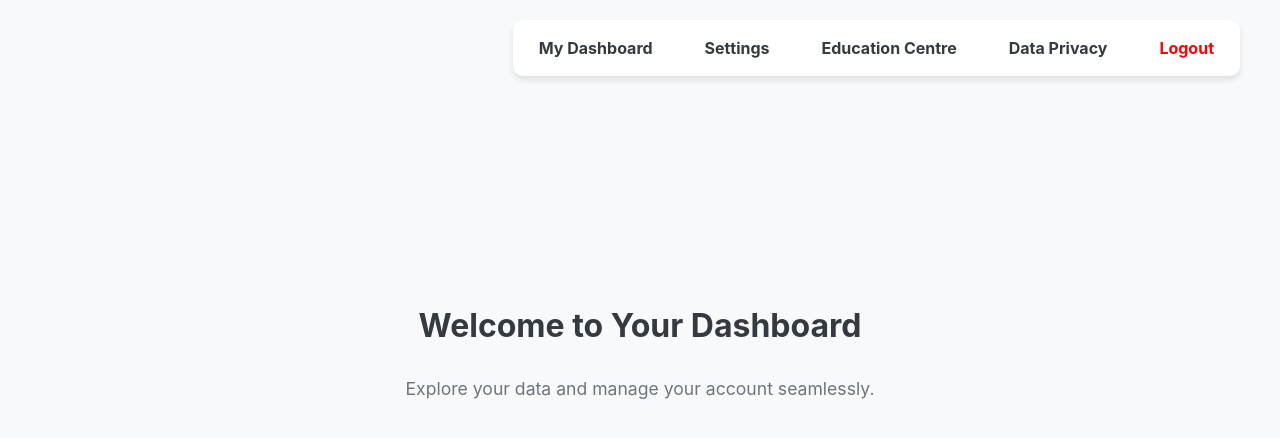
Repository: aab232/https---github.com-aab232-Deferred-Payment-Platform
Page: /main (app in frontend/)
These files come from the project's save history. The page is drawn as it stood at one moment and after the next save; the edit follows.
The browser window is 1280 px wide. The pictures show the whole page.
The page's requests for data from a server got no answer. The project was rebuilt for these pictures with package versions that can differ from the ones it lists, and the page was loaded fresh each time. No one was signed in, and anything a server would have sent is missing. Also part of the build but not shown: frontend/src/components/Home.js, frontend/src/components/Form.css, frontend/src/components/Register.js, frontend/src/components/Login.js, frontend/src/components/BackButton.css, frontend/src/components/BackButton.js, frontend/src/components/Settings.js.

Above is the page before, as saved 2025-03-26 01:22:26.

After the next save:
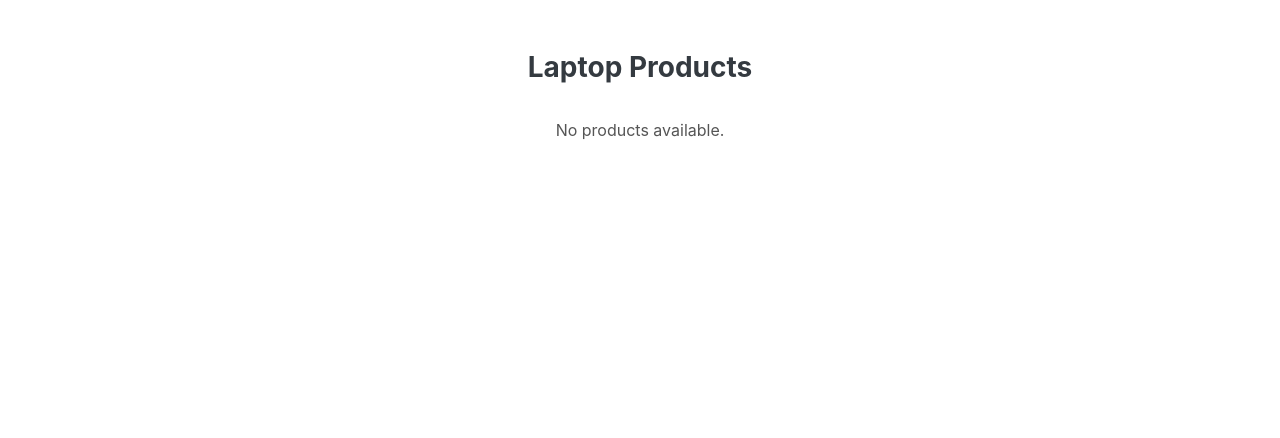
Saved 47 s later.
--- a/frontend/src/components/Main.js
+++ b/frontend/src/components/Main.js
@@ -1,54 +1,90 @@
-import React, { useState, useEffect } from 'react';
-import { useNavigate } from 'react-router-dom';
-import './Main.css';
+import React, { useEffect, useState } from 'react';
 import axios from 'axios';
 
 const Main = () => {
-  const [products, setProducts] = useState([]);
-  const navigate = useNavigate();
+    const [products, setProducts] = useState([]);
+    const [loading, setLoading] = useState(true);
 
-  const handleLogout = () => {
-    navigate('/login'); // Redirect to login page
-  };
+    // Fetch products when component mounts
+    useEffect(() => {
+        const fetchProducts = async () => {
+            try {
+                const response = await axios.get('http://localhost:5000/api/products');
+                if (response.data.success) {
+                    setProducts(response.data.products); // Assuming the API returns products in a 'products' key
+                } else {
+                    console.log('No products found.');
+                }
+            } catch (error) {
+                console.error('Error fetching products:', error);
+            } finally {
+                setLoading(false);
+            }
+        };
 
-  useEffect(() => {
-    const fetchProducts = async () => {
-      try {
-        const response = await axios.get('http://localhost:5000/api/products');
-        setProducts(response.data);
-      } catch (error) {
-        console.error('Error fetching products:', error);
-      }
-    };
+        fetchProducts();
+    }, []);
 
-    fetchProducts();
-  }, []);
+    return (
+        <div style={styles.container}>
+            <h1>Laptop Products</h1>
+            {loading ? (
+                <p>Loading products...</p>
+            ) : (
+                <div style={styles.productsContainer}>
+                    {products.length === 0 ? (
+                        <p>No products available.</p>
+                    ) : (
+                        <ul style={styles.productList}>
+                            {products.map((product, index) => (
+                                <li key={index} style={styles.productItem}>
+                                    <a
+                                        href={product.link}
+                                        target="_blank"
+                                        rel="noopener noreferrer"
+                                        style={styles.productLink}
+                                    >
+                                        <h3>{product.title}</h3>
+                                        <p>{product.price}</p>
+                                    </a>
+                                </li>
+                            ))}
+                        </ul>
+                    )}
+                </div>
+            )}
+        </div>
+    );
+};
 
-  return (
-    <div className="main-container">
-      <nav className="taskbar">
-        <span className="tab" onClick={() => navigate('/dashboard')}>My Dashboard</span>
-        <span className="tab" onClick={() => navigate('/settings')}>Settings</span>
-        <span className="tab" onClick={() => navigate('/education')}>Education Centre</span>
-        <span className="tab" onClick={() => navigate('/privacy')}>Data Privacy</span>
-        <span className="tab logout" onClick={handleLogout}>Logout</span>
-      </nav>
-
-      <h1>Welcome to Your Dashboard</h1>
-      <p>Explore your data and manage your account seamlessly.</p>
-
-      <div className="products-container">
-        {products.slice(0, 9).map((product, index) => (
-          <div key={index} className="product-card">
-            <img src={product.img} alt={product.name} />
-            <h3>{product.name}</h3>
-            <p>{product.price}</p>
-            <button>Add to Cart</button>
-          </div>
-        ))}
-      </div>
-    </div>
-  );
+// Inline styles to center the products in the middle of the page
+const styles = {
+    container: {
+        textAlign: 'center',
+        marginTop: '50px',
+    },
+    productsContainer: {
+        display: 'flex',
+        flexDirection: 'column',
+        alignItems: 'center',
+        justifyContent: 'center',
+    },
+    productList: {
+        listStyleType: 'none',
+        padding: '0',
+    },
+    productItem: {
+        marginBottom: '20px',
+        border: '1px solid #ddd',
+        borderRadius: '5px',
+        padding: '10px',
+        width: '80%',
+        maxWidth: '500px',
+    },
+    productLink: {
+        textDecoration: 'none',
+        color: '#333',
+    },
 };
 
 export default Main;

After the save that followed:
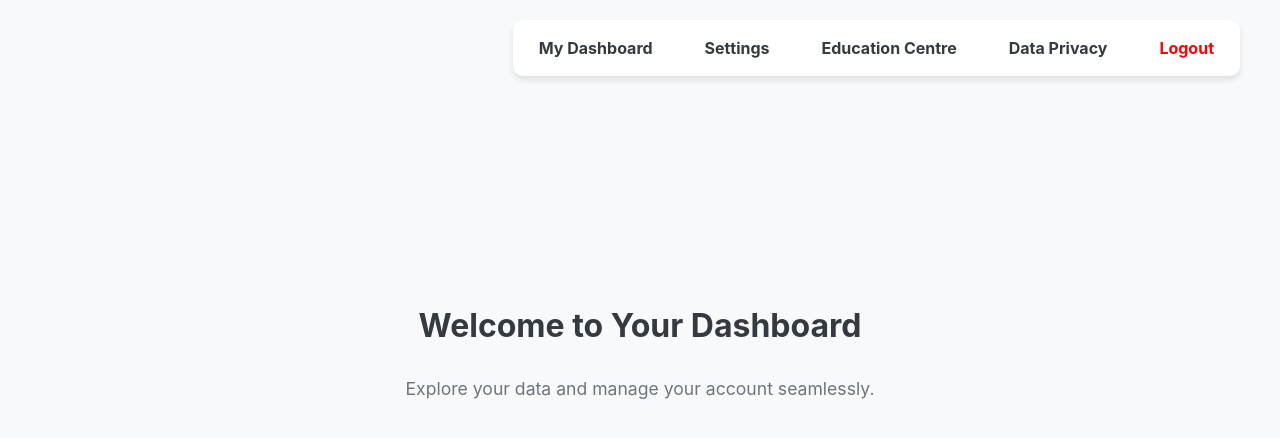
Saved 115 s later.
--- a/frontend/src/components/Main.js
+++ b/frontend/src/components/Main.js
@@ -1,90 +1,54 @@
-import React, { useEffect, useState } from 'react';
+import React, { useState, useEffect } from 'react';
+import { useNavigate } from 'react-router-dom';
+import './Main.css';
 import axios from 'axios';
 
 const Main = () => {
-    const [products, setProducts] = useState([]);
-    const [loading, setLoading] = useState(true);
+  const [products, setProducts] = useState([]);
+  const navigate = useNavigate();
 
-    // Fetch products when component mounts
-    useEffect(() => {
-        const fetchProducts = async () => {
-            try {
-                const response = await axios.get('http://localhost:5000/api/products');
-                if (response.data.success) {
-                    setProducts(response.data.products); // Assuming the API returns products in a 'products' key
-                } else {
-                    console.log('No products found.');
-                }
-            } catch (error) {
-                console.error('Error fetching products:', error);
-            } finally {
-                setLoading(false);
-            }
-        };
+  const handleLogout = () => {
+    navigate('/login'); // Redirect to login page
+  };
 
-        fetchProducts();
-    }, []);
+  useEffect(() => {
+    const fetchProducts = async () => {
+      try {
+        const response = await axios.get('http://localhost:5000/api/products');
+        setProducts(response.data);
+      } catch (error) {
+        console.error('Error fetching products:', error);
+      }
+    };
 
-    return (
-        <div style={styles.container}>
-            <h1>Laptop Products</h1>
-            {loading ? (
-                <p>Loading products...</p>
-            ) : (
-                <div style={styles.productsContainer}>
-                    {products.length === 0 ? (
-                        <p>No products available.</p>
-                    ) : (
-                        <ul style={styles.productList}>
-                            {products.map((product, index) => (
-                                <li key={index} style={styles.productItem}>
-                                    <a
-                                        href={product.link}
-                                        target="_blank"
-                                        rel="noopener noreferrer"
-                                        style={styles.productLink}
-                                    >
-                                        <h3>{product.title}</h3>
-                                        <p>{product.price}</p>
-                                    </a>
-                                </li>
-                            ))}
-                        </ul>
-                    )}
-                </div>
-            )}
-        </div>
-    );
-};
+    fetchProducts();
+  }, []);
 
-// Inline styles to center the products in the middle of the page
-const styles = {
-    container: {
-        textAlign: 'center',
-        marginTop: '50px',
-    },
-    productsContainer: {
-        display: 'flex',
-        flexDirection: 'column',
-        alignItems: 'center',
-        justifyContent: 'center',
-    },
-    productList: {
-        listStyleType: 'none',
-        padding: '0',
-    },
-    productItem: {
-        marginBottom: '20px',
-        border: '1px solid #ddd',
-        borderRadius: '5px',
-        padding: '10px',
-        width: '80%',
-        maxWidth: '500px',
-    },
-    productLink: {
-        textDecoration: 'none',
-        color: '#333',
-    },
+  return (
+    <div className="main-container">
+      <nav className="taskbar">
+        <span className="tab" onClick={() => navigate('/dashboard')}>My Dashboard</span>
+        <span className="tab" onClick={() => navigate('/settings')}>Settings</span>
+        <span className="tab" onClick={() => navigate('/education')}>Education Centre</span>
+        <span className="tab" onClick={() => navigate('/privacy')}>Data Privacy</span>
+        <span className="tab logout" onClick={handleLogout}>Logout</span>
+      </nav>
+
+      <h1>Welcome to Your Dashboard</h1>
+      <p>Explore your data and manage your account seamlessly.</p>
+
+      <div className="products-container">
+        {products.slice(0, 9).map((product, index) => (
+          <div key={index} className="product-card">
+            <img src={product.img} alt={product.name} />
+            <h3>{product.name}</h3>
+            <p>{product.price}</p>
+            <button>Add to Cart</button>
+          </div>
+        ))}
+      </div>
+    </div>
+  );
 };
 
 export default Main;
